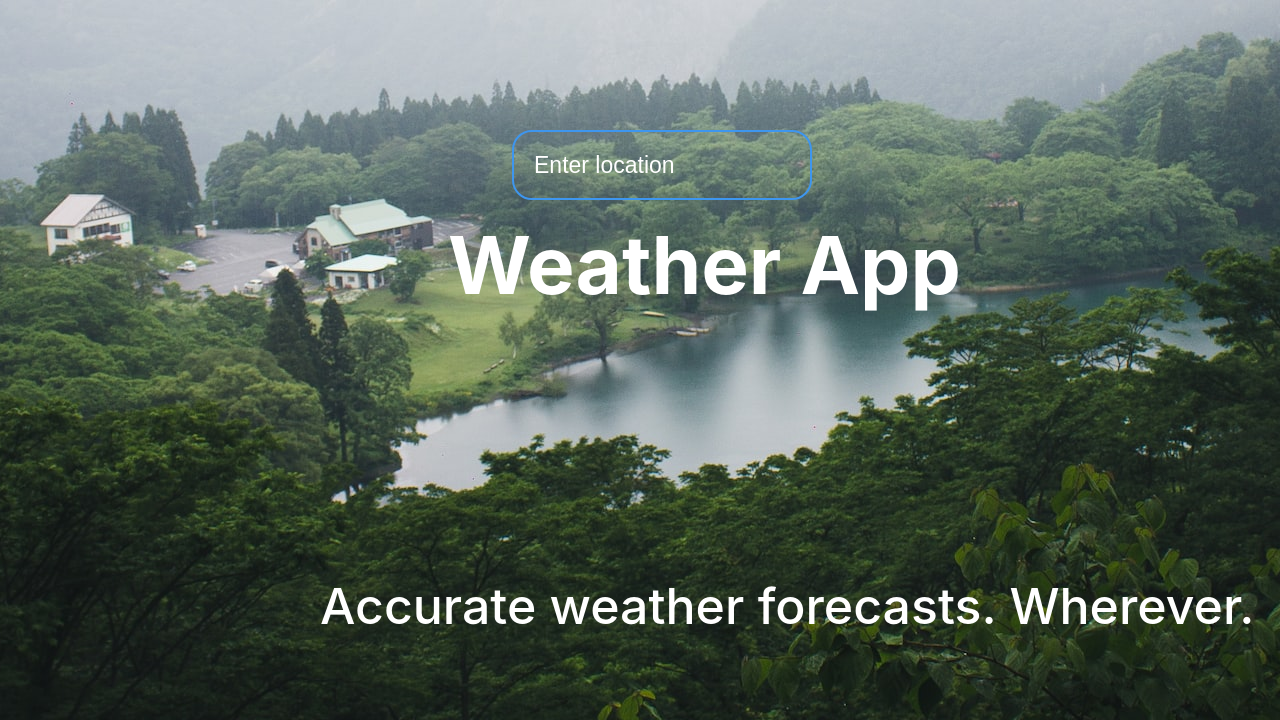
Repository: RenataDzotova/WeatherForecast
Page: /
An editor plug-in stored every save of this project. The page is shown before and after the next save, followed by the edit.
The browser window is 1280 px wide. The pictures show the whole page.
The project was rebuilt for these pictures with package versions that can differ from the ones it lists, and the page was loaded fresh each time. The framework's server and built-in components were replaced by stand-ins that run in the browser. Also part of the build but not shown: next.config.js, styles/Home.module.css.

Above is the page before, as saved 2023-01-19 16:48:11.

### pages/index.js
import Head from 'next/head'
import Image from 'next/image'
import styles from '../styles/Home.module.css'
import axios from 'axios'
import { useState } from 'react'
import { FlexBox, Wrapper, Text, ImgPlaceholder } from '../styles/global'

export default function Home() {
  const [data, setData] = useState({});
  const [location, setLocation] = useState('');
  const [weather, setWeather] = useState();
  const [errorMessage, setErrorMessage] = useState('')
  const [showTitle, setShowTitle] = useState('Weather App')
  const [showDesc, setShowDesc] = useState('Accurate weather forecasts. Wherever.')

  const searchLocation = (event) => {
    if (event.key === "Enter"){
      axios.get(url)
      .then((response) => {
        console.clear()
        setData(response.data)
        console.log(response.data)
        setWeather(response.data.weather)
        setErrorMessage("")
        setShowTitle("")
        setShowDesc("")
      }) .catch(err => {
        console.log(err)
        setErrorMessage("Please enter another location")
        setData({})
        setWeather()
      })
      setLocation('')
    }
  }

  var apiKey = "f1c3aba9f416efdb16702d2866709e98";
  var lang = "en";
  var units = "metric";
  const url = `https://api.openweathermap.org/data/2.5/weather?q=${location}&units=${units}&appid=${apiKey}&lang=${lang}`

  return (
    <div className={styles.bg}>
      <Head>
        <title>Create Next App</title>
        <meta name="description" content="Generated by create next app" />
        <link rel="icon" href="/favicon.ico" />
        <link rel="preconnect" href="https://fonts.gstatic.com" crossorigin />
        <link
            href="https://fonts.googleapis.com/css2?family=Plus+Jakarta+Sans:ital,wght@0,200;0,300;0,400;0,500;0,600;0,700;0,800;1,200;1,300;1,400;1,500;1,600;1,700;1,800&display=swap"
            rel="stylesheet"
            />
      </Head>

      <main>


        {
          data &&
            <span>
              {errorMessage}
              <span className='titleText'>
              {showTitle}
              </span>
              <span className='descText'>
              {showDesc}
              </span>
            </span>
        }


        <input className='inputStyle'
          value = {location}
          onChange={event=> setLocation(event.target.value)}
          placeholder="Enter location"
          onKeyDown={searchLocation}
          type="text"
          style={{position:"absolute", top:"130px", left:"40%" }}
        >
        </input>

        {
          weather && weather.map((w, index) =>{
            return(
              <Wrapper bgImage={ data.main.temp.toFixed() < 0 && w.main=="Snow" ? "/alora-griffiths-HlnFco4i624-unsplash.jpg" : w.main=="Rain" || w.main=="Thunderstorm" ? "/nick-nice-ve-R7PCjJDk-unsplash.jpg" : w.main=="Clouds" ? "/johny-goerend-z_SXPzTMKkc-unsplash.jpg" : "/kenrick-mills-MF9Wy1NA55I-unsplash-2.jpg"} key={index}>

                  <FlexBox dir="column" width="100%" height="100%">
                    <FlexBox dir="column" margin="200px 0 0 0">
                      <Text color="white" fontSize="65px" fontWeight="bold">{data.name}</Text>
                        <FlexBox alignItems="flex-start">
                          <Text color="white" fontSize="90px" fontWeight="bold">{data.main.temp.toFixed()}°</Text>
                          <FlexBox margin="15px 0 12px 10px"><Text color="white" fontSize="30px">{w.main} </Text></FlexBox>
                        </FlexBox>
                    </FlexBox>

                    <FlexBox flexWrap="wrap" margin="100px 0 0 0" bgColor="rgba(227, 227, 227, 0.25)" border="rgba(227, 227, 227) solid 2px" minHeight="130px" width="60%" borderRadius="30px" justifyContent="space-around" padding="0 20px 0 20px">
                      <FlexBox dir="column">
                        <Text color="white" fontSize="65px" fontWeight="700">{data.main.feels_like.toFixed()}°C</Text>
                        <Text color="white">Feels like</Text>
                      </FlexBox>
                      <FlexBox dir="column">
                        <Text color="white" fontSize="65px" fontWeight="700">{data.main.humidity}%</Text>
                        <Text color="white">Humidity</Text>
                      </FlexBox>
                      <FlexBox dir="column">
                        <FlexBox>
                          <Text color="white" fontSize="65px" fontWeight="700">{data.main.pressure}</Text>
                          <Text fontSize="20px" margin="0 0 15px 0" color="white">hPa</Text>
                        </FlexBox>
                        <Text color="white">Pressure</Text>
                      </FlexBox>
                      { data.wind.gust &&
                      <FlexBox dir="column">
                        <FlexBox>
                          <Text color="white" fontSize="65px" fontWeight="700">{data.wind.gust}</Text>
                          <Text fontSize="20px" margin="0 0 15px 0" color="white">M/s</Text>
                        </FlexBox>
                        <Text color="white">Wind</Text>
                      </FlexBox>
                      }
                    </FlexBox>
                  </FlexBox>
              </Wrapper>
            )
          })
        }
      </main>

      {/* <footer className={styles.footer}>
        <a
          href="https://vercel.com?utm_source=create-next-app&utm_medium=default-template&utm_campaign=create-next-app"
          target="_blank"
          rel="noopener noreferrer"
        >
          Powered by{' '}
          <span className={styles.logo}>
            <Image src="/vercel.svg" alt="Vercel Logo" width={72} height={16} />
          </span>
        </a>
      </footer> */}
    </div>
  )
}

### styles/globals.css
html,
body {
  padding: 0;
  margin: 0;
  font-family: -apple-system, BlinkMacSystemFont, Segoe UI, Roboto, Oxygen,
    Ubuntu, Cantarell, Fira Sans, Droid Sans, Helvetica Neue, sans-serif;
  background-image: url("../public/cory-bjork-nkXNnX4BG1k-unsplash.jpg");
  background-position: center;
  background-repeat: no-repeat;
  display: flex;
  justify-content: center;
  align-items: center;
  flex-direction: column;
}

.titleText{
  font-size: 80px;
  font-weight: 700;
  color: white;
  background-color: transparent;
  position: absolute;
  left: 35%;
  top: 30%;
}

.descText{
  font-size: 50px;
  font-weight: 500;
  color: white;
  background-color: transparent;
  position: absolute;
  left: 25%;
  top: 80%;
}

a {
  color: inherit;
  text-decoration: none;
}

.inputStyle{
  border-radius: 20px;
  height: 70px;
  width: 300px;
  font-size: 23px;
  padding: 20px;
  background-color: transparent;
  color: rgb(14, 40, 66);
  border: 2px solid rgb(62, 150, 239);
}
::placeholder {
  color: white;
  opacity: 1; /* Firefox */
}

* {
  box-sizing: border-box;
}

@media (prefers-color-scheme: dark) {
  html {
    color-scheme: dark;
  }
  body {
    color: white;
    background: black;
  }
}

### styles/global.js
import styled from 'styled-components';

export const Text = styled.p`
    font-size: ${props=>props.fontSize || "21px"};
    font-weight: ${props=>props.fontWeight || "normal"};
    color: ${props=>props.color};
    margin: ${props=>props.margin || "0px"};

`


export const FlexBox = styled.div`
    display:flex;
    justify-content:${props=>props.justifyContent || "center"};
    align-items:${props=>props.alignItems || "center"};
    flex-direction:${props=>props.dir || "row"};
    flex-wrap: ${props=>props.flexWrap};
    width: ${props=>props.width};
    height: ${props=>props.height};
    background-color: ${props=>props.bgColor};
    padding: ${props=>props.padding};
    margin: ${props=>props.margin || "0px"};
    min-height: ${props=>props.minHeight};
    max-height: ${props=>props.maxHeight};
    background-image: ${props=>props.linearGradient || "none"}, url(${props=>props.bgImage});
    background-position: ${props=>props.bgPosition || "center"};
    background-size: ${props=>props.bgSize || "cover"};
    background-repeat: ${props=>props.bgRepeat};
    border-radius:${props=>props.borderRadius};
    filter: ${props=>props.filter};
    border: ${props=>props.border};
    z-index:${props=>props.zIndex};
    position: ${props=>props.position};
    top: ${props=>props.top};
    left:${props=>props.left};
    bottom: ${props=>props.bottom};
    border-bottom-style: ${props=>props.borderBottom};
    box-shadow: ${props=>props.boxShadow};
    border-top: ${props=>props.topBorder};
    border-bottom: ${props=>props.bottomBorder};
    color: ${props=>props.color};
    font-weight: ${props=>props.fontWeight};
    cursor: ${props=>props.cursor};
    max-width: ${props=>props.maxWidth};
    min-width: ${props=>props.minWidth};
    overflow-y: ${props=>props.overflowY};
    overflow-anchor: ${props=>props.overflowA};
    overflow-x: ${props=>props.overflowX};
`

export const Wrapper = styled(FlexBox) `
    width: 100vw;
    min-width: ${props=>props.minWidth};
    height: ${props=>props.height || "100vh"};
    padding:${props=>props.padding};
    overflow-x: ${props=>props.overflowX};
    overflow-y: ${props=>props.overflowY};
    background-image: ${props=>props.linearGradient || "none"}, url(${props=>props.bgImage});
    background-position: ${props=>props.bgPosition || "center"};
    background-size: ${props=>props.bgSize || "cover"};
`


export const ImgPlaceholder = styled.div`
    width: ${props=>props.width || "134px"};
    height: ${props=>props.height || "154px"};
    border-radius: ${props=>props.borderRadius || "8px 0px 0px 8px"};
    background-image: url(${props=>props.bgImage});
    margin: ${props=>props.margin};
    position: ${props=>props.position};
    top: ${props=>props.top};
    background-position: center;
    background-size: cover;
`

Loaded but not shown: pages/_app.js (common file)

After the next save:
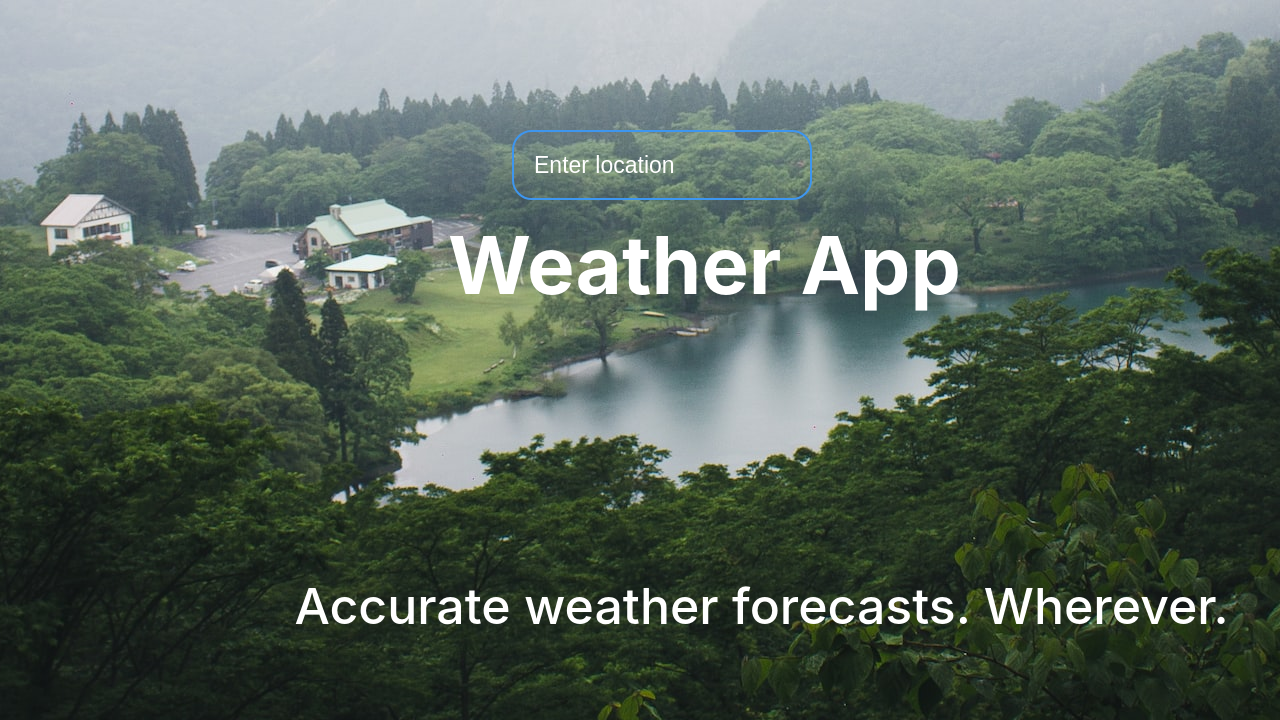
Saved 5 s later.
--- a/styles/globals.css
+++ b/styles/globals.css
@@ -29,7 +29,7 @@ body {
   color: white;
   background-color: transparent;
   position: absolute;
-  left: 25%;
+  left: 23%;
   top: 80%;
 }
 
